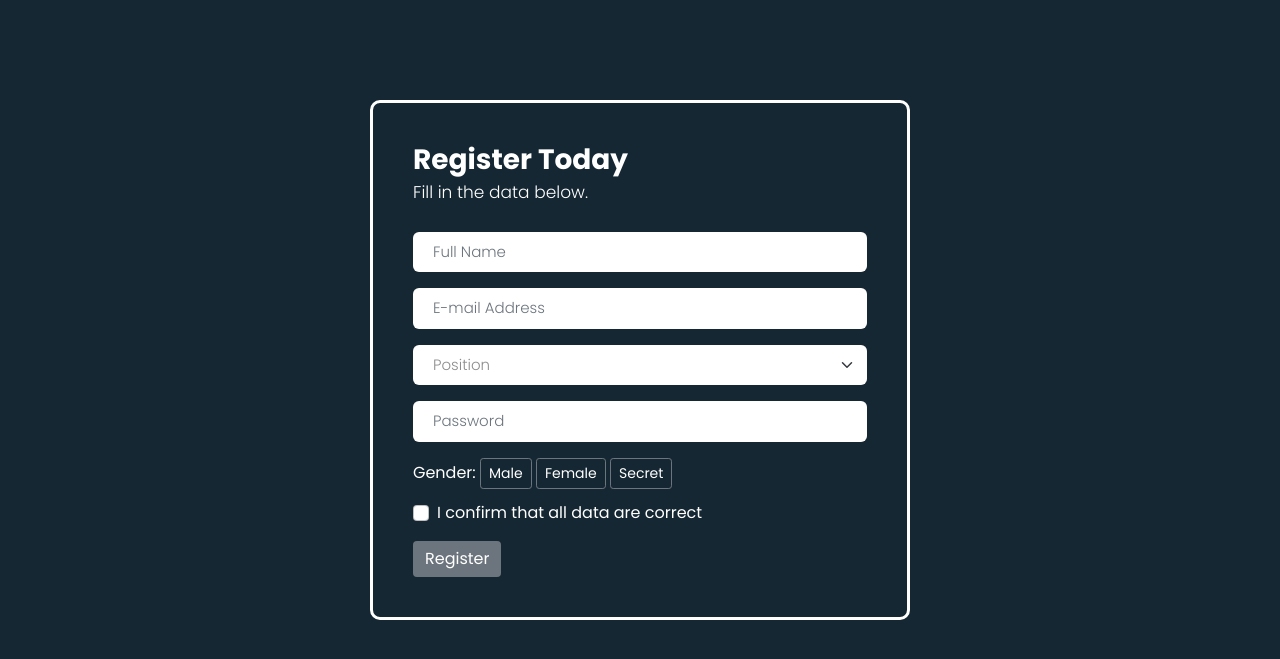
Repository: Samkiroko/form-assignment
Page: index.html
The author's editor kept a copy of each file at every save. The page is drawn from the files as they stood at one save, then again after the next save.
The browser window is 1280 px wide. The pictures show the whole page.

Above is the page before, as saved 2022-12-03 18:22:43.

### index.html
<!DOCTYPE html>
<html lang="en" >
<head>
  <meta charset="UTF-8">
  <title>CodePen - Registration Form (Bootstrap 5 Validation)</title>
  <link rel='stylesheet' href='https://cdn.jsdelivr.net/npm/bootstrap@5.0.0-beta2/dist/css/bootstrap.min.css'><link rel="stylesheet" href="./style.css">

</head>
<body>
<!-- partial:index.partial.html -->
<div class="form-body">
        <div class="row">
            <div class="form-holder">
                <div class="form-content">
                    <div class="form-items">
                        <h3>Register Today</h3>
                        <p>Fill in the data below.</p>
                        <form class="requires-validation" novalidate>

                            <div class="col-md-12">
                               <input class="form-control" type="text" name="name" placeholder="Full Name" required>
                               <div class="valid-feedback">Username field is valid!</div>
                               <div class="invalid-feedback">Username field cannot be blank!</div>
                            </div>

                            <div class="col-md-12">
                                <input class="form-control" type="email" name="email" placeholder="E-mail Address" required>
                                 <div class="valid-feedback">Email field is valid!</div>
                                 <div class="invalid-feedback">Email field cannot be blank!</div>
                            </div>

                           <div class="col-md-12">
                                <select class="form-select mt-3" required>
                                      <option selected disabled value="">Position</option>
                                      <option value="jweb">Junior Web Developer</option>
                                      <option value="sweb">Senior Web Developer</option>
                                      <option value="pmanager">Project Manager</option>
                               </select>
                                <div class="valid-feedback">You selected a position!</div>
                                <div class="invalid-feedback">Please select a position!</div>
                           </div>


                           <div class="col-md-12">
                              <input class="form-control" type="password" name="password" placeholder="Password" required>
                               <div class="valid-feedback">Password field is valid!</div>
                               <div class="invalid-feedback">Password field cannot be blank!</div>
                           </div>


                           <div class="col-md-12 mt-3">
                            <label class="mb-3 mr-1" for="gender">Gender: </label>

                            <input type="radio" class="btn-check" name="gender" id="male" autocomplete="off" required>
                            <label class="btn btn-sm btn-outline-secondary" for="male">Male</label>

                            <input type="radio" class="btn-check" name="gender" id="female" autocomplete="off" required>
                            <label class="btn btn-sm btn-outline-secondary" for="female">Female</label>

                            <input type="radio" class="btn-check" name="gender" id="secret" autocomplete="off" required>
                            <label class="btn btn-sm btn-outline-secondary" for="secret">Secret</label>
                               <div class="valid-feedback mv-up">You selected a gender!</div>
                                <div class="invalid-feedback mv-up">Please select a gender!</div>
                            </div>

                        <div class="form-check">
                          <input class="form-check-input" type="checkbox" value="" id="invalidCheck" required>
                          <label class="form-check-label">I confirm that all data are correct</label>
                         <div class="invalid-feedback">Please confirm that the entered data are all correct!</div>
                        </div>


                            <div class="form-button mt-3">
                                <button id="submit" type="submit" class="btn btn-primary">Register</button>
                            </div>
                        </form>
                    </div>
                </div>
            </div>
        </div>
    </div>
<!-- partial -->
  <script  src="./script.js"></script>

</body>
</html>

### style.css
@import url('https://fonts.googleapis.com/css2?family=Poppins:wght@300;400;500;700;900&display=swap');

*, body {
    font-family: 'Poppins', sans-serif;
    font-weight: 400;
    -webkit-font-smoothing: antialiased;
    text-rendering: optimizeLegibility;
    -moz-osx-font-smoothing: grayscale;
}

html, body {
    height: 100%;
    background-color: #152733;
    overflow: hidden;
}


.form-holder {
      display: flex;
      flex-direction: column;
      justify-content: center;
      align-items: center;
      text-align: center;
      min-height: 100vh;
}

.form-holder .form-content {
    position: relative;
    text-align: center;
    display: -webkit-box;
    display: -moz-box;
    display: -ms-flexbox;
    display: -webkit-flex;
    display: flex;
    -webkit-justify-content: center;
    justify-content: center;
    -webkit-align-items: center;
    align-items: center;
    padding: 60px;
}

.form-content .form-items {
    border: 3px solid #fff;
    padding: 40px;
    display: inline-block;
    width: 100%;
    min-width: 540px;
    -webkit-border-radius: 10px;
    -moz-border-radius: 10px;
    border-radius: 10px;
    text-align: left;
    -webkit-transition: all 0.4s ease;
    transition: all 0.4s ease;
}

.form-content h3 {
    color: #fff;
    text-align: left;
    font-size: 28px;
    font-weight: 600;
    margin-bottom: 5px;
}

.form-content h3.form-title {
    margin-bottom: 30px;
}

.form-content p {
    color: #fff;
    text-align: left;
    font-size: 17px;
    font-weight: 300;
    line-height: 20px;
    margin-bottom: 30px;
}


.form-content label, .was-validated .form-check-input:invalid~.form-check-label, .was-validated .form-check-input:valid~.form-check-label{
    color: #fff;
}

.form-content input[type=text], .form-content input[type=password], .form-content input[type=email], .form-content select {
    width: 100%;
    padding: 9px 20px;
    text-align: left;
    border: 0;
    outline: 0;
    border-radius: 6px;
    background-color: #fff;
    font-size: 15px;
    font-weight: 300;
    color: #8D8D8D;
    -webkit-transition: all 0.3s ease;
    transition: all 0.3s ease;
    margin-top: 16px;
}


.btn-primary{
    background-color: #6C757D;
    outline: none;
    border: 0px;
     box-shadow: none;
}

.btn-primary:hover, .btn-primary:focus, .btn-primary:active{
    background-color: #495056;
    outline: none !important;
    border: none !important;
     box-shadow: none;
}

.form-content textarea {
    position: static !important;
    width: 100%;
    padding: 8px 20px;
    border-radius: 6px;
    text-align: left;
    background-color: #fff;
    border: 0;
    font-size: 15px;
    font-weight: 300;
    color: #8D8D8D;
    outline: none;
    resize: none;
    height: 120px;
    -webkit-transition: none;
    transition: none;
    margin-bottom: 14px;
}

.form-content textarea:hover, .form-content textarea:focus {
    border: 0;
    background-color: #ebeff8;
    color: #8D8D8D;
}

.mv-up{
    margin-top: -9px !important;
    margin-bottom: 8px !important;
}

.invalid-feedback{
    color: #ff606e;
}

.valid-feedback{
   color: #2acc80;
}

### script.js
(function () {
'use strict'
const forms = document.querySelectorAll('.requires-validation')
Array.from(forms)
  .forEach(function (form) {
    form.addEventListener('submit', function (event) {
      if (!form.checkValidity()) {
        event.preventDefault()
        event.stopPropagation()
      }

      form.classList.add('was-validated')
    }, false)
  })
})()

After the next save:
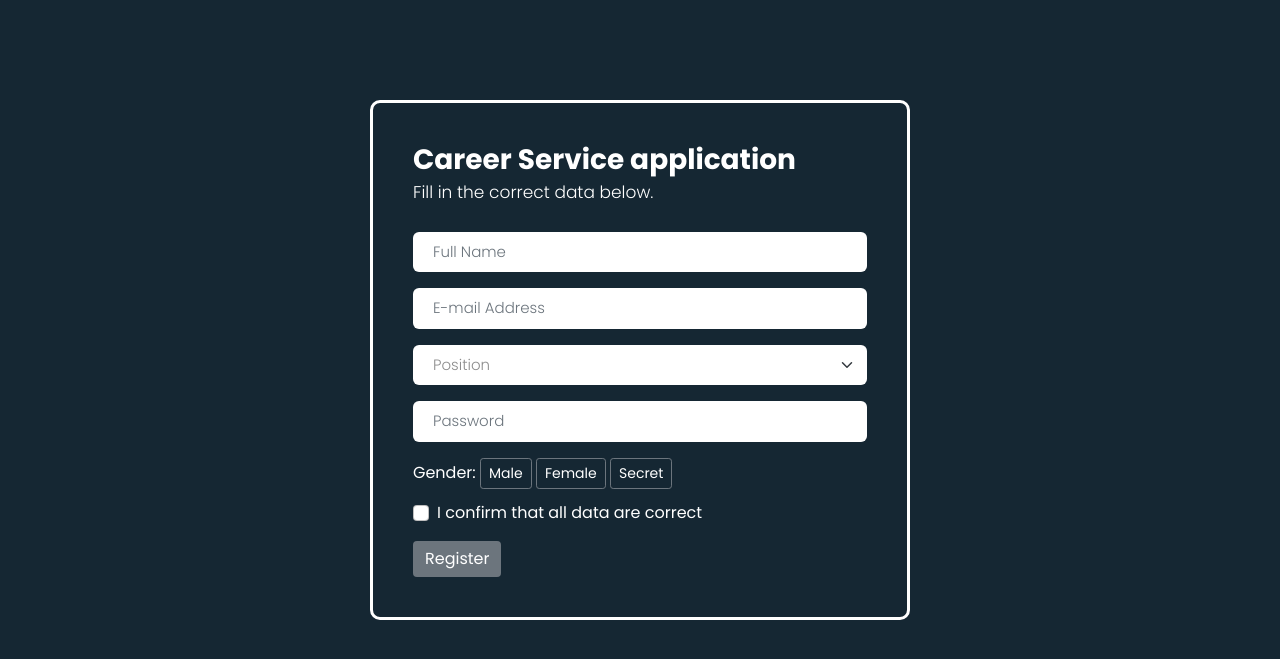
Saved 2 min 31 s later.
--- a/index.html
+++ b/index.html
@@ -2,7 +2,7 @@
 <html lang="en" >
 <head>
   <meta charset="UTF-8">
-  <title>CodePen - Registration Form (Bootstrap 5 Validation)</title>
+  <title>Career Service application</title>
   <link rel='stylesheet' href='https://cdn.jsdelivr.net/npm/bootstrap@5.0.0-beta2/dist/css/bootstrap.min.css'><link rel="stylesheet" href="./style.css">
 
 </head>
@@ -13,8 +13,8 @@
             <div class="form-holder">
                 <div class="form-content">
                     <div class="form-items">
-                        <h3>Register Today</h3>
-                        <p>Fill in the data below.</p>
+                        <h3>Career Service application</h3>
+                        <p>Fill in the correct data below.</p>
                         <form class="requires-validation" novalidate>
 
                             <div class="col-md-12">
